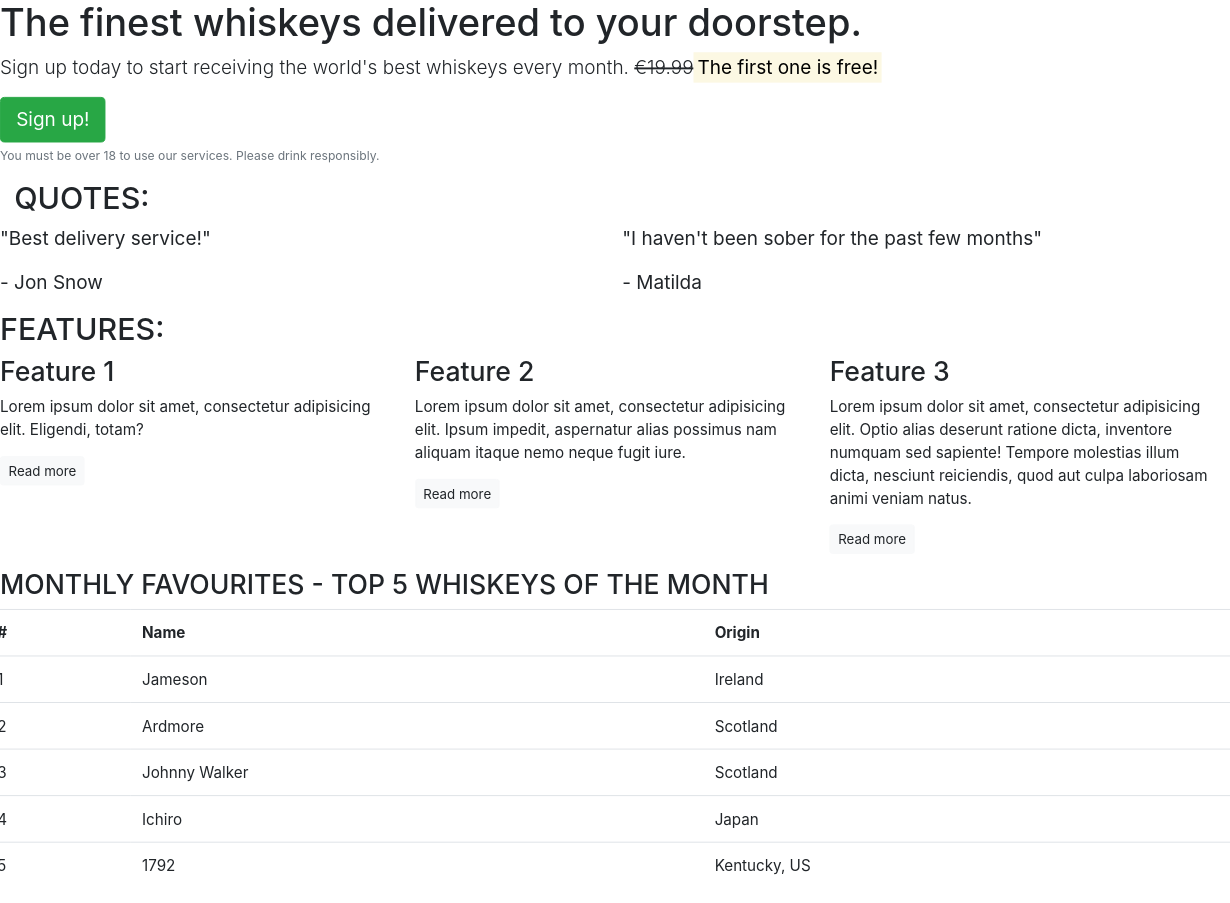
Repository: mkuti/Whiskey_website_using_Bootstrap
Page: index.html
The author's editor kept a record of every edit. The page is drawn from the files as they stood at one moment, then again after the next edit.
The browser window is 1280 px wide. The page is 1295 px wide, so the pictures cover 1295 px, including what lies to the right of the window. The pictures show the whole page, at 95% of full size.

Above is the page before.

### index.html
<!DOCTYPE html>
<html lang="en">

<head>
    <meta charset="UTF-8">
    <meta name="viewport" content="width=device-width, initial-scale=1.0">
    <meta http-equiv="X-UA-Compatible" content="ie=edge">
    <link rel="stylesheet" href="https://maxcdn.bootstrapcdn.com/bootstrap/4.1.3/css/bootstrap.min.css">
    <title>Whiskey Drop | Taste a new whiskey every month!</title>
</head>

<body>

    <article="container">

        <!-- call out section -->
        <div class="row">
            <div class="col-12">
                <section class="callout">
                    <h1>The finest whiskeys delivered to your doorstep.</h1>
                    <p class="lead">Sign up today to start receiving the world's best whiskeys every month. <s>€19.99</s><strong><mark>The first one is free!</mark></strong></p>
                    <button class="btn btn-success btn-lg">Sign up!</button>
                    <p class="text-muted"><small>You must be over 18 to use our services. Please drink responsibly.</small></p>
                </section>
            </div>
        </div>

        <!-- Quotes -->
        <section class="quotes">
            <div class="col-12">
                <h2 class="text-uppercase">Quotes:</h2>
            </div>
            <div class="row">
                <div class="col-12 col-md-6">
                    <blockquote class="blockquote">
                        <p>"Best delivery service!"</p>
                        <p>- Jon Snow</p>
                    </blockquote>
                </div>
                <div class="col-12 col-md-6">
                    <blockquote class="blockquote">
                        <p>"I haven't been sober for the past few months"</p>
                        <p>- Matilda</p>
                    </blockquote>
                </div>
            </div>
        </section>

        <!-- Features -->

        <section class="features">
            <div class="row">
                <div class="col-12">
                    <h2 class="text-uppercase">Features:</h2>
                </div>
            </div>
            <div class="row">
                <div class="col-12 col-md-6 col-lg-4">
                    <div class="feature">
                        <h3>Feature 1</h3>
                        <p>Lorem ipsum dolor sit amet, consectetur adipisicing elit. Eligendi, totam?</p>
                        <p><a class="btn btn-sm btn-light" href="">Read more</a></p>
                    </div>
                </div>

                <div class="col-12 col-md-6 col-lg-4">
                    <div class=feature>
                        <h3>Feature 2</h3>
                        <p>Lorem ipsum dolor sit amet, consectetur adipisicing elit. Ipsum impedit, aspernatur alias possimus nam aliquam itaque nemo neque fugit iure.</p>
                        <p><a class="btn btn-sm btn-light" href="">Read more</a></p>
                    </div>
                </div>

                <div class="col-12 d-md-none d-lg-block col-lg-4">
                    <div class="feature">
                        <h3>Feature 3</h3>
                        <p>Lorem ipsum dolor sit amet, consectetur adipisicing elit. Optio alias deserunt ratione dicta, inventore numquam sed sapiente! Tempore molestias illum dicta, nesciunt reiciendis, quod aut culpa laboriosam animi veniam natus.</p>
                        <p><a class="btn btn-sm btn-light" href="">Read more</a></p>
                    </div>
                </div>
            </div>
        </section>

        </div>

        <!-- Favorites -->

        <section class="favorites">
            <div class="row">
                <div class="col-12">
                    <h3 class="text-uppercase">Monthly Favourites - Top 5 whiskeys of the month</h3>
                </div>
            </div>
            <div class="row">
                <table class="table">
                    <tr>
                        <th scope="col">#</th>
                        <th scope="col">Name</th>
                        <th scope="col">Origin</th>
                    </tr>

                    <tr>
                        <td scope="row">1</td>
                        <td scope="row">Jameson</td>
                        <td scope- "row">Ireland</td>
                    </tr>

                    <tr>
                        <td scope="row">2</td>
                        <td scope="row">Ardmore</td>
                        <td scope="row">Scotland</td>
                    </tr>

                    <tr>
                        <td scope="row">3</td>
                        <td scope="row">Johnny Walker</td>
                        <td scope="row">Scotland</td>
                    </tr>

                    <tr>
                        <td scope="row">4</td>
                        <td scope="row">Ichiro</td>
                        <td scope="row">Japan</td>
                    </tr>

                    <tr>
                        <td scope="row">5</td>
                        <td scope="row">1792</td>
                        <td scope="row">Kentucky, US</td>
                    </tr>

                </table>
            </div>
        </section>
        </div>
        </div>
        </article>

</body>

</html>

After the next edit:
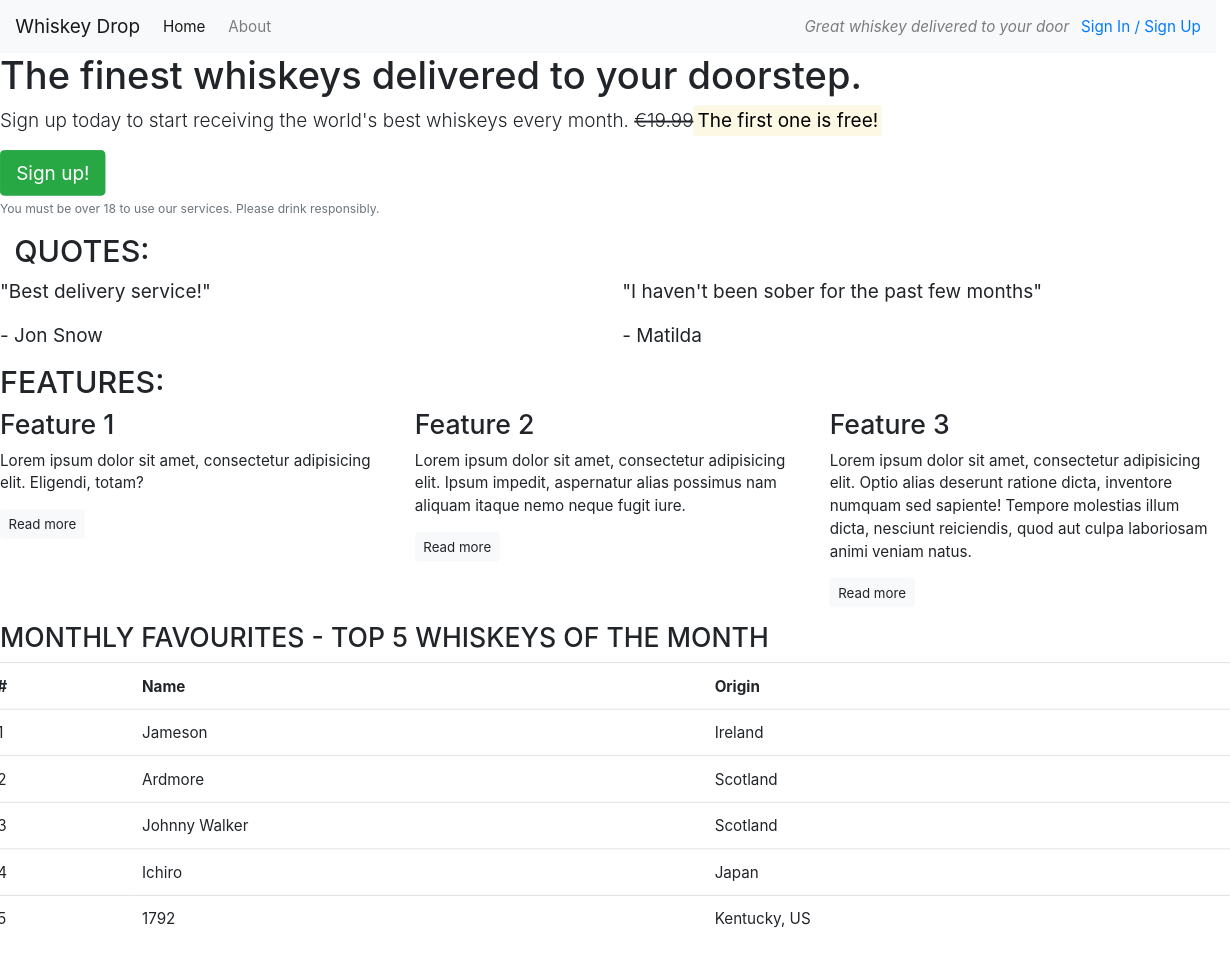
The edit:
--- a/index.html
+++ b/index.html
@@ -10,7 +10,22 @@
 </head>
 
 <body>
+    <!-- nav -->
+    <nav class="navbar navbar-light navbar-expand-sm bg-light">
+        <a href="/" class="navbar-brand">
+                    Whiskey Drop</a>
+        <ul class="navbar-nav mr-auto">
+            <li class="active nav-item mr-2"><a class="nav-link" href="/">Home</a></li>
+            <li class="nav-item mr-2"><a class="nav-link" href="">About</a></li>
+            <li class="nav-item mr-2 d-block d-sm-none"><a class="nav-link" href="">Sign In / Sign Up</a></li>
+        </ul>
 
+        <div class="d-none d-md-block">
+            <p class="navbar-text my-auto mr-2"><i>Great whiskey delivered to your door</i></p>
+            <a href="/login">Sign In / Sign Up</a>
+        </div>
+        <!--</div>-->
+    </nav>
     <article="container">
 
         <!-- call out section -->
